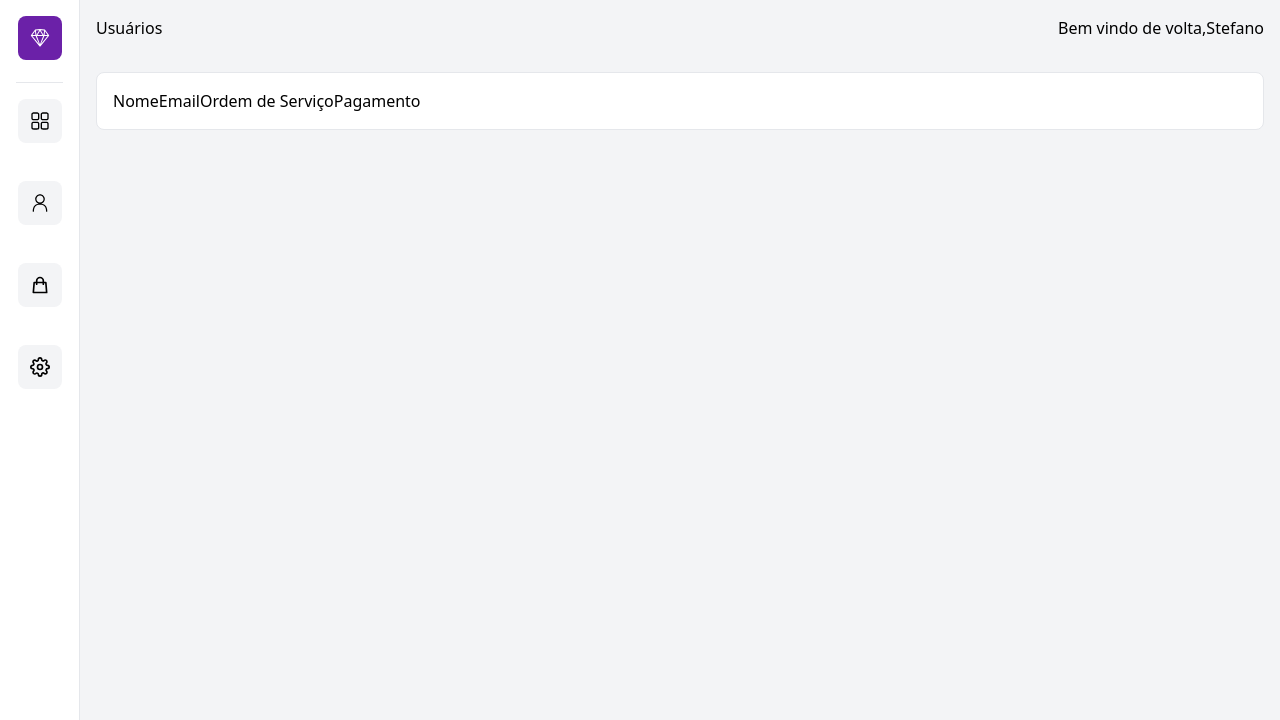
Repository: stefanosousaa/dashboard-next13
Page: /costumers
The author's editor kept a copy of each file at every save. The page is drawn from the files as they stood at one save, then again after the next save.
The browser window is 1280 px wide. The pictures show the whole page.
The project was rebuilt for these pictures with package versions that can differ from the ones it lists, and the page was loaded fresh each time. The framework's server and built-in components were replaced by stand-ins that run in the browser. Also part of the build but not shown: next.config.js.

Above is the page before, as saved 2023-05-16 19:12:56.

After the next save:
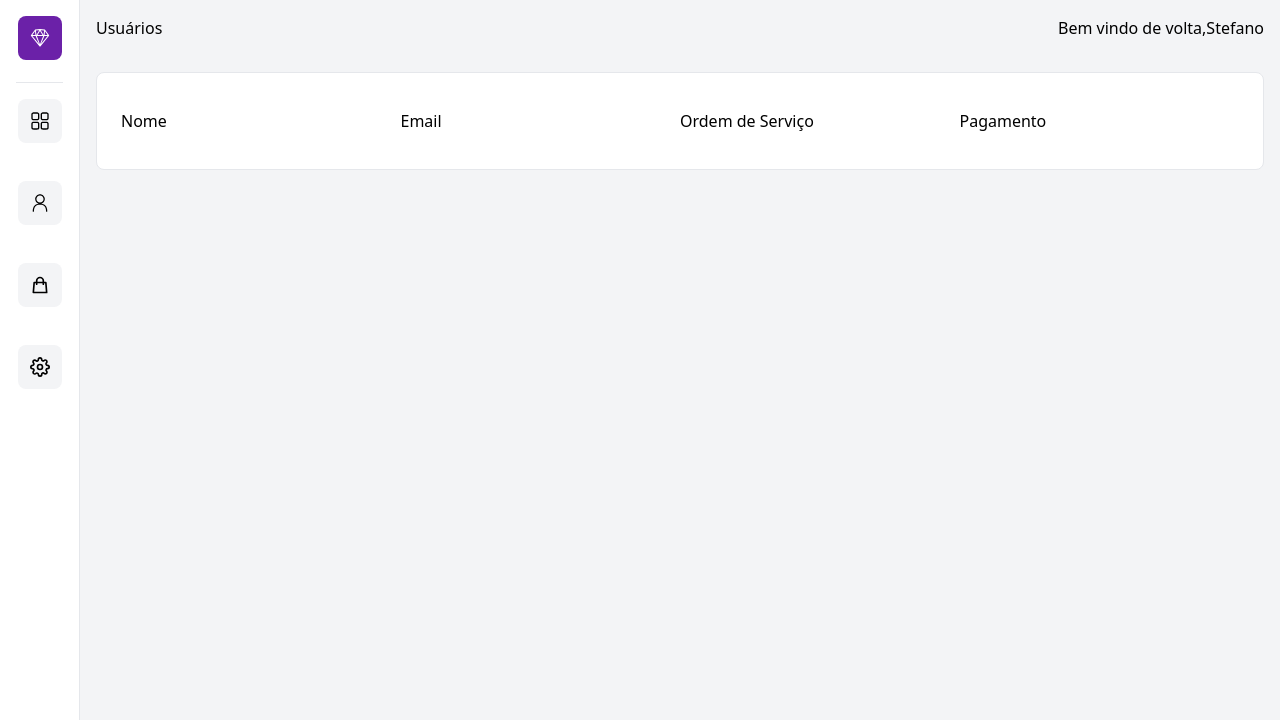
Saved 89 s later.
--- a/pages/costumers.jsx
+++ b/pages/costumers.jsx
@@ -11,7 +11,7 @@ const costumers = () => {
         </div>
         <div className='p-4'>
             <div className='w-full m-auto p-4 border rounded-lg bg-white overflow-y-auto'>
-              <div>
+              <div className='my-3 p-2 grid md:grid-cols-4'>
                 <span>Nome</span>
                 <span>Email</span>
                 <span>Ordem de Serviço</span>
